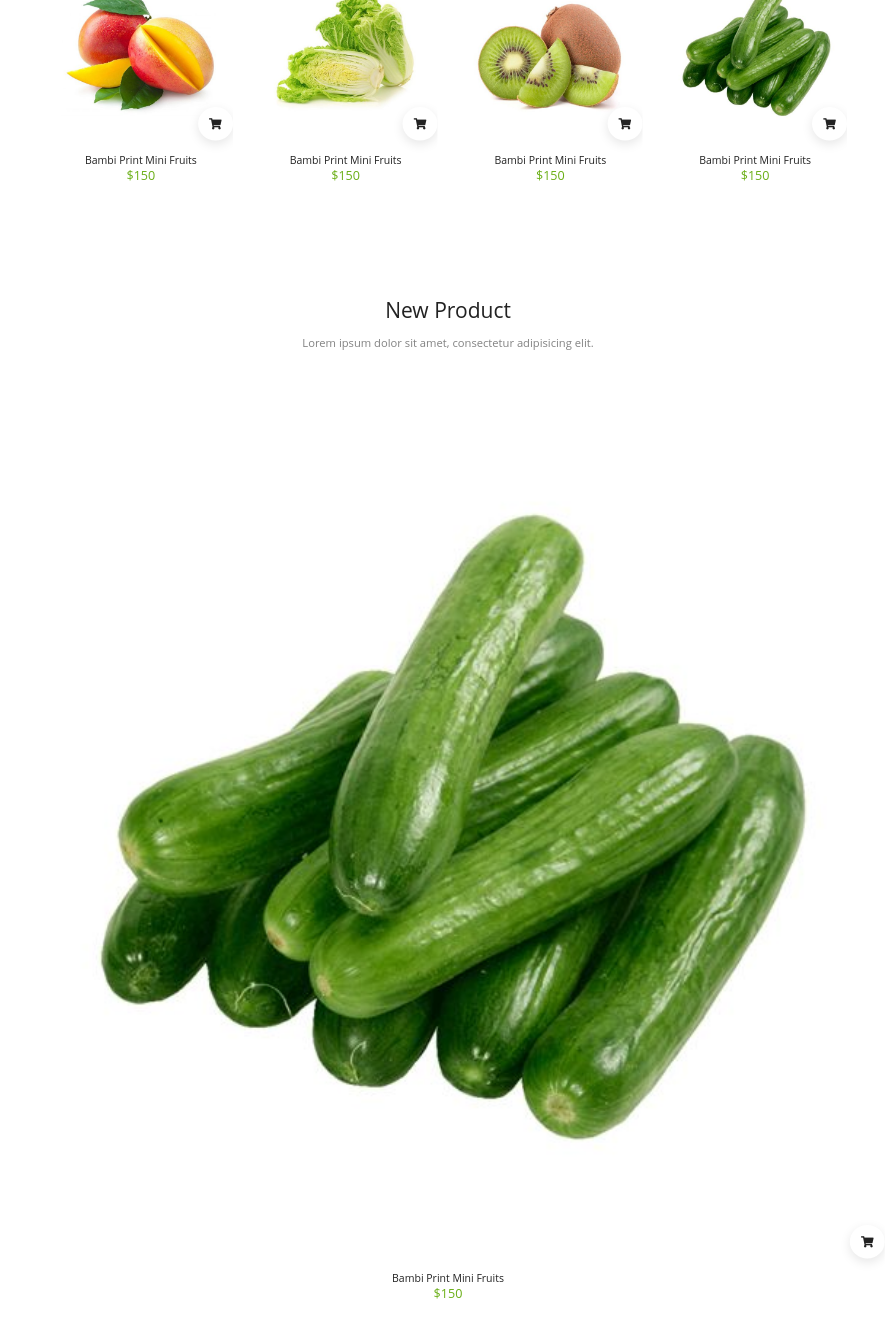
Repository: hoanggiainfomation/hoanggiainfomation.github.io
Page: index.html
The author's editor kept a copy of each file at every save. The page is drawn from the files as they stood at one save, then again after the next save.
The browser window is 1280 px wide. The pictures show the part of the page from y = 2047 to 3967 px (the page is 3967 px tall before and 3399 px after), at 70% of full size.
Some web libraries are served in a nearby version.

Above is the page before, as saved 2021-08-17 22:03:35.

After the next save:
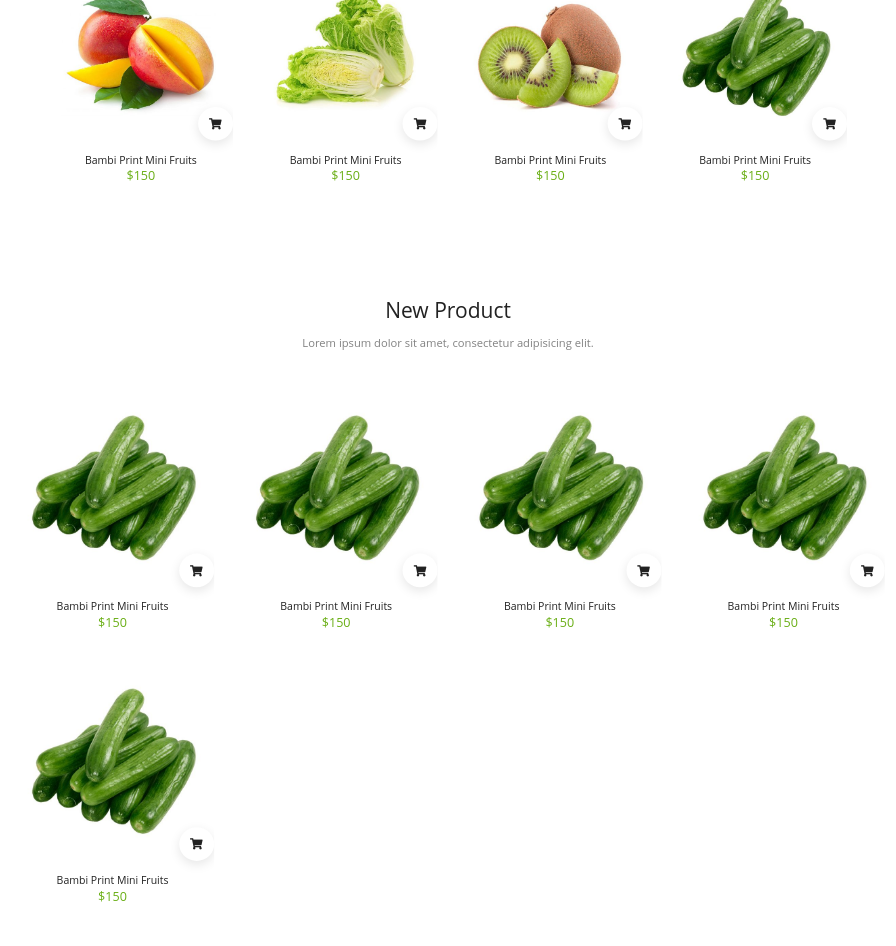
Saved 2 h 36 min later.
--- a/index.html
+++ b/index.html
@@ -389,6 +389,82 @@
             </div>
           </div>
         </div>
+        <div class="product">
+          <div class="img-container">
+            <img src="./images/product-4.jpg" alt="" />
+            <div class="addCart">
+              <i class="fas fa-shopping-cart"></i>
+            </div>
+            <ul class="side-icons">
+              <span><i class="fas fa-search"></i></span>
+              <span><i class="fas fa-heart"></i></span>
+              <span><i class="fas fa-sliders-h"></i></span>
+            </ul>
+          </div>
+          <div class="bottom">
+            <a href="productDetails.html">Bambi Print Mini Fruits</a>
+            <div class="price">
+              <span>$150</span>
+            </div>
+          </div>
+        </div>
+        <div class="product">
+          <div class="img-container">
+            <img src="./images/product-4.jpg" alt="" />
+            <div class="addCart">
+              <i class="fas fa-shopping-cart"></i>
+            </div>
+            <ul class="side-icons">
+              <span><i class="fas fa-search"></i></span>
+              <span><i class="fas fa-heart"></i></span>
+              <span><i class="fas fa-sliders-h"></i></span>
+            </ul>
+          </div>
+          <div class="bottom">
+            <a href="productDetails.html">Bambi Print Mini Fruits</a>
+            <div class="price">
+              <span>$150</span>
+            </div>
+          </div>
+        </div>
+        <div class="product">
+          <div class="img-container">
+            <img src="./images/product-4.jpg" alt="" />
+            <div class="addCart">
+              <i class="fas fa-shopping-cart"></i>
+            </div>
+            <ul class="side-icons">
+              <span><i class="fas fa-search"></i></span>
+              <span><i class="fas fa-heart"></i></span>
+              <span><i class="fas fa-sliders-h"></i></span>
+            </ul>
+          </div>
+          <div class="bottom">
+            <a href="productDetails.html">Bambi Print Mini Fruits</a>
+            <div class="price">
+              <span>$150</span>
+            </div>
+          </div>
+        </div>
+        <div class="product">
+          <div class="img-container">
+            <img src="./images/product-4.jpg" alt="" />
+            <div class="addCart">
+              <i class="fas fa-shopping-cart"></i>
+            </div>
+            <ul class="side-icons">
+              <span><i class="fas fa-search"></i></span>
+              <span><i class="fas fa-heart"></i></span>
+              <span><i class="fas fa-sliders-h"></i></span>
+            </ul>
+          </div>
+          <div class="bottom">
+            <a href="productDetails.html">Bambi Print Mini Fruits</a>
+            <div class="price">
+              <span>$150</span>
+            </div>
+          </div>
+        </div>
       </div>
     </section>
     <!-- ======== SwiperJS ======= -->
